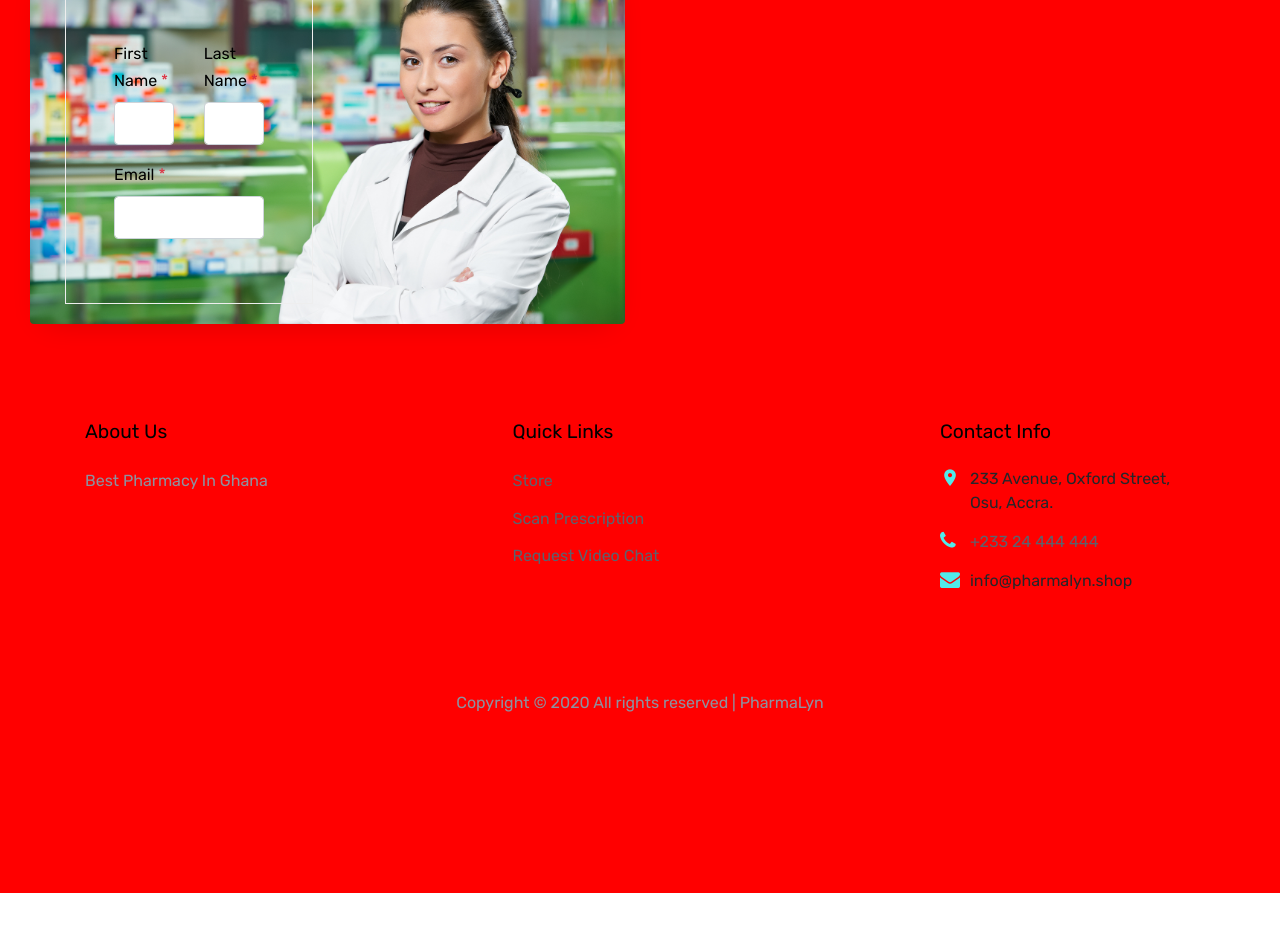
Repository: Nat-A/finalyearproject
Page: pharma/index - Copy.html
An editor plug-in stored every save of this project. The page is shown before and after the next save, followed by the edit.
The browser window is 1280 px wide. The pictures show the part of the page from y = 961 to 1913 px (the page is 1886 px tall before and 1913 px after).

Above is the page before, as saved 2020-06-03 12:47:16.

After the next save:
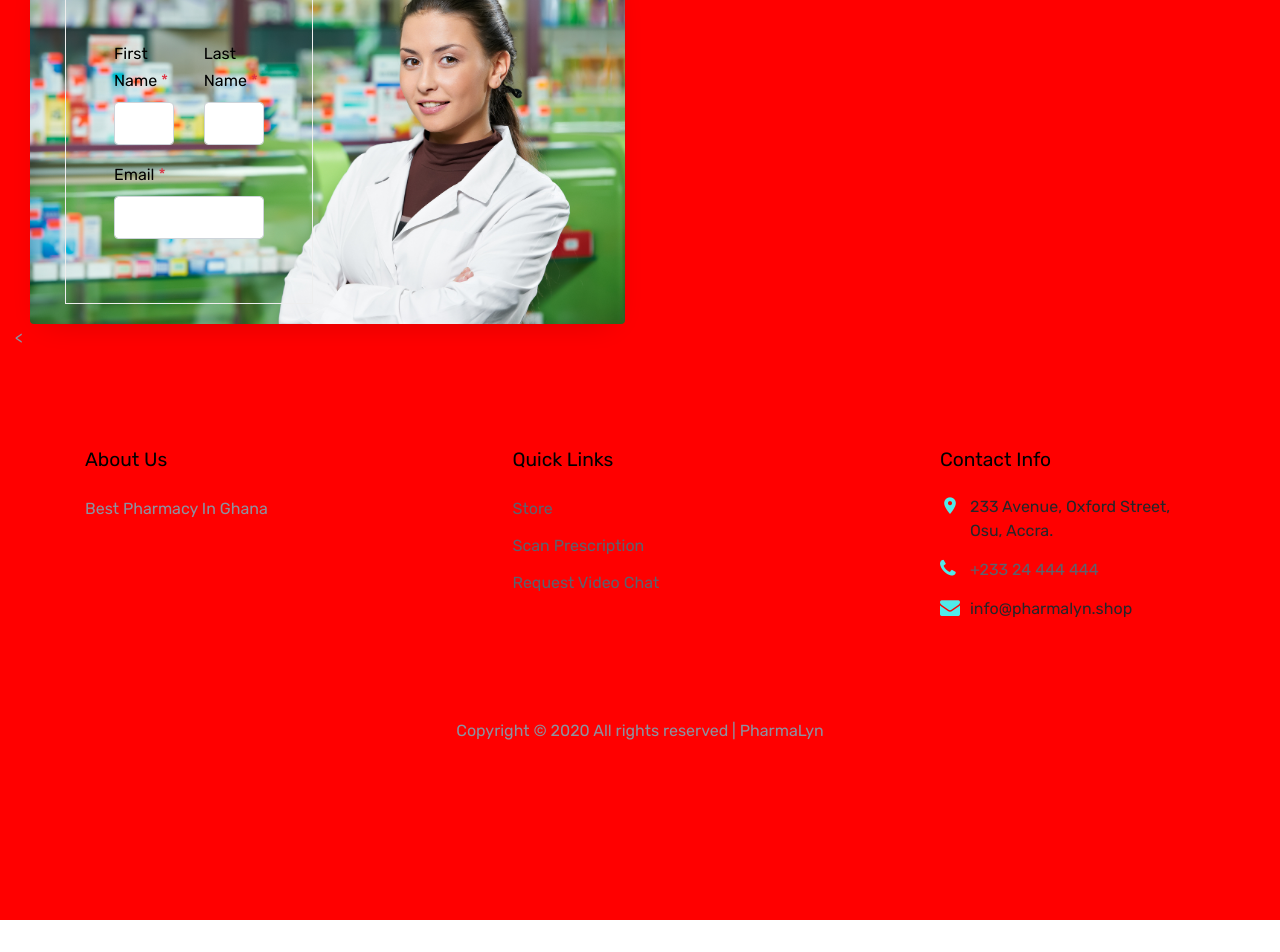
Saved 19 s later.
--- a/pharma/index - Copy.html
+++ b/pharma/index - Copy.html
@@ -157,52 +157,51 @@
 
 
 
-
-                <!-- footer -->
-                <footer class="site-footer ">
-                    <div class="container ">
-                        <div class="row ">
-                            <div class="col-md-6 col-lg-3 mb-4 mb-lg-0 ">
-
-                                <div class="block-7 ">
-                                    <h3 class="footer-heading mb-4 ">About Us</h3>
-                                    <p>Best Pharmacy In Ghana</p>
-                                </div>
-
+                < <!-- footer -->
+                    <footer class="site-footer ">
+                        <div class="container ">
+                            <div class="row ">
+                                <div class="col-md-6 col-lg-3 mb-4 mb-lg-0 ">
+
+                                    <div class="block-7 ">
+                                        <h3 class="footer-heading mb-4 ">About Us</h3>
+                                        <p>Best Pharmacy In Ghana</p>
+                                    </div>
+
+                                </div>
+                                <div class="col-lg-3 mx-auto mb-5 mb-lg-0 ">
+                                    <h3 class="footer-heading mb-4 ">Quick Links</h3>
+                                    <ul class="list-unstyled ">
+                                        <li><a href="shop.html ">Store</a></li>
+                                        <li><a href="# ">Scan Prescription</a></li>
+                                        <li><a href="# ">Request Video Chat</a></li>
+                                    </ul>
+                                </div>
+
+                                <div class="col-md-6 col-lg-3 ">
+                                    <div class="block-5 mb-5 ">
+                                        <h3 class="footer-heading mb-4 ">Contact Info</h3>
+                                        <ul class="list-unstyled ">
+                                            <li class="address ">233 Avenue, Oxford Street, Osu, Accra. </li>
+                                            <li class="phone "><a href="tel:// ">+233 24 444 444</a></li>
+                                            <li class="email ">info@pharmalyn.shop</li>
+                                        </ul>
+                                    </div>
+                                </div>
                             </div>
-                            <div class="col-lg-3 mx-auto mb-5 mb-lg-0 ">
-                                <h3 class="footer-heading mb-4 ">Quick Links</h3>
-                                <ul class="list-unstyled ">
-                                    <li><a href="shop.html ">Store</a></li>
-                                    <li><a href="# ">Scan Prescription</a></li>
-                                    <li><a href="# ">Request Video Chat</a></li>
-                                </ul>
+                            <div class="row pt-5 text-center ">
+                                <div class="col-md-12 ">
+                                    <p>
+                                        Copyright &copy;
+                                        <script>
+                                            document.write(new Date().getFullYear());
+                                        </script> All rights reserved | PharmaLyn
+                                    </p>
+                                </div>
                             </div>
-
-                            <div class="col-md-6 col-lg-3 ">
-                                <div class="block-5 mb-5 ">
-                                    <h3 class="footer-heading mb-4 ">Contact Info</h3>
-                                    <ul class="list-unstyled ">
-                                        <li class="address ">233 Avenue, Oxford Street, Osu, Accra. </li>
-                                        <li class="phone "><a href="tel:// ">+233 24 444 444</a></li>
-                                        <li class="email ">info@pharmalyn.shop</li>
-                                    </ul>
-                                </div>
-                            </div>
-                        </div>
-                        <div class="row pt-5 text-center ">
-                            <div class="col-md-12 ">
-                                <p>
-                                    Copyright &copy;
-                                    <script>
-                                        document.write(new Date().getFullYear());
-                                    </script> All rights reserved | PharmaLyn
-                                </p>
-                            </div>
-                        </div>
-                    </div>
-                </footer>
-                <!-- end of footer -->
+                        </div>
+                    </footer>
+                    <!-- end of footer -->
             </div>
 
             <script src="js/jquery-3.3.1.min.js "></script>

After the save that followed:
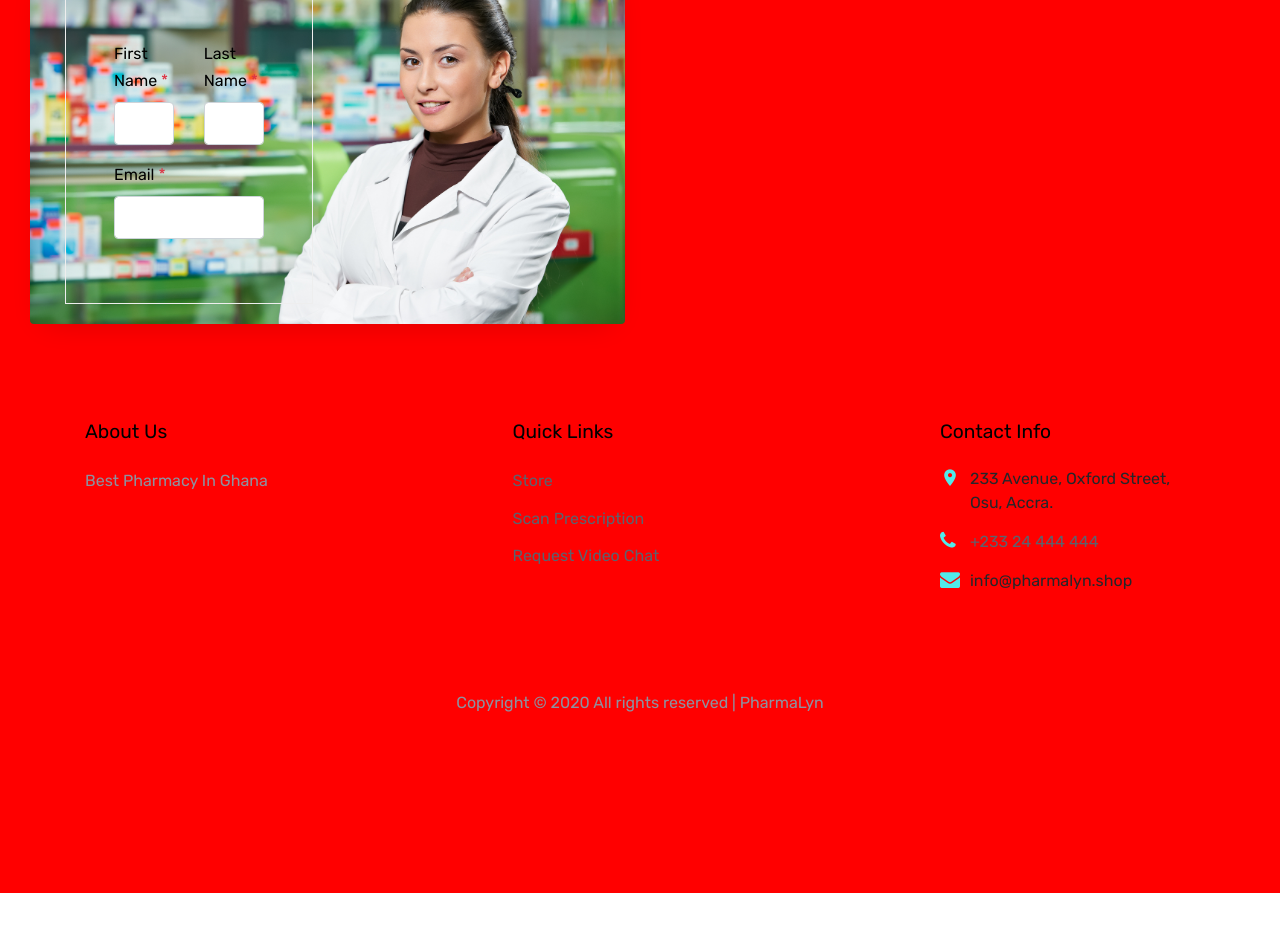
Saved 5 s later.
--- a/pharma/index - Copy.html
+++ b/pharma/index - Copy.html
@@ -157,62 +157,62 @@
 
 
 
-                < <!-- footer -->
-                    <footer class="site-footer ">
-                        <div class="container ">
-                            <div class="row ">
-                                <div class="col-md-6 col-lg-3 mb-4 mb-lg-0 ">
-
-                                    <div class="block-7 ">
-                                        <h3 class="footer-heading mb-4 ">About Us</h3>
-                                        <p>Best Pharmacy In Ghana</p>
-                                    </div>
-
-                                </div>
-                                <div class="col-lg-3 mx-auto mb-5 mb-lg-0 ">
-                                    <h3 class="footer-heading mb-4 ">Quick Links</h3>
-                                    <ul class="list-unstyled ">
-                                        <li><a href="shop.html ">Store</a></li>
-                                        <li><a href="# ">Scan Prescription</a></li>
-                                        <li><a href="# ">Request Video Chat</a></li>
-                                    </ul>
-                                </div>
-
-                                <div class="col-md-6 col-lg-3 ">
-                                    <div class="block-5 mb-5 ">
-                                        <h3 class="footer-heading mb-4 ">Contact Info</h3>
-                                        <ul class="list-unstyled ">
-                                            <li class="address ">233 Avenue, Oxford Street, Osu, Accra. </li>
-                                            <li class="phone "><a href="tel:// ">+233 24 444 444</a></li>
-                                            <li class="email ">info@pharmalyn.shop</li>
-                                        </ul>
-                                    </div>
-                                </div>
+            </div>
+            <footer class="site-footer ">
+                <div class="container ">
+                    <div class="row ">
+                        <div class="col-md-6 col-lg-3 mb-4 mb-lg-0 ">
+
+                            <div class="block-7 ">
+                                <h3 class="footer-heading mb-4 ">About Us</h3>
+                                <p>Best Pharmacy In Ghana</p>
                             </div>
-                            <div class="row pt-5 text-center ">
-                                <div class="col-md-12 ">
-                                    <p>
-                                        Copyright &copy;
-                                        <script>
-                                            document.write(new Date().getFullYear());
-                                        </script> All rights reserved | PharmaLyn
-                                    </p>
-                                </div>
+
+                        </div>
+                        <div class="col-lg-3 mx-auto mb-5 mb-lg-0 ">
+                            <h3 class="footer-heading mb-4 ">Quick Links</h3>
+                            <ul class="list-unstyled ">
+                                <li><a href="shop.html ">Store</a></li>
+                                <li><a href="# ">Scan Prescription</a></li>
+                                <li><a href="# ">Request Video Chat</a></li>
+                            </ul>
+                        </div>
+
+                        <div class="col-md-6 col-lg-3 ">
+                            <div class="block-5 mb-5 ">
+                                <h3 class="footer-heading mb-4 ">Contact Info</h3>
+                                <ul class="list-unstyled ">
+                                    <li class="address ">233 Avenue, Oxford Street, Osu, Accra. </li>
+                                    <li class="phone "><a href="tel:// ">+233 24 444 444</a></li>
+                                    <li class="email ">info@pharmalyn.shop</li>
+                                </ul>
                             </div>
                         </div>
-                    </footer>
-                    <!-- end of footer -->
-            </div>
-
-            <script src="js/jquery-3.3.1.min.js "></script>
-            <script src="js/jquery-ui.js "></script>
-            <script src="js/popper.min.js "></script>
-            <script src="js/bootstrap.min.js "></script>
-            <script src="js/owl.carousel.min.js "></script>
-            <script src="js/jquery.magnific-popup.min.js "></script>
-            <script src="js/aos.js "></script>
-
-            <script src="js/main.js "></script>
+                    </div>
+                    <div class="row pt-5 text-center ">
+                        <div class="col-md-12 ">
+                            <p>
+                                Copyright &copy;
+                                <script>
+                                    document.write(new Date().getFullYear());
+                                </script> All rights reserved | PharmaLyn
+                            </p>
+                        </div>
+                    </div>
+                </div>
+            </footer>
+            <!-- end of footer -->
+        </div>
+
+        <script src="js/jquery-3.3.1.min.js "></script>
+        <script src="js/jquery-ui.js "></script>
+        <script src="js/popper.min.js "></script>
+        <script src="js/bootstrap.min.js "></script>
+        <script src="js/owl.carousel.min.js "></script>
+        <script src="js/jquery.magnific-popup.min.js "></script>
+        <script src="js/aos.js "></script>
+
+        <script src="js/main.js "></script>
 
 </body>
 
